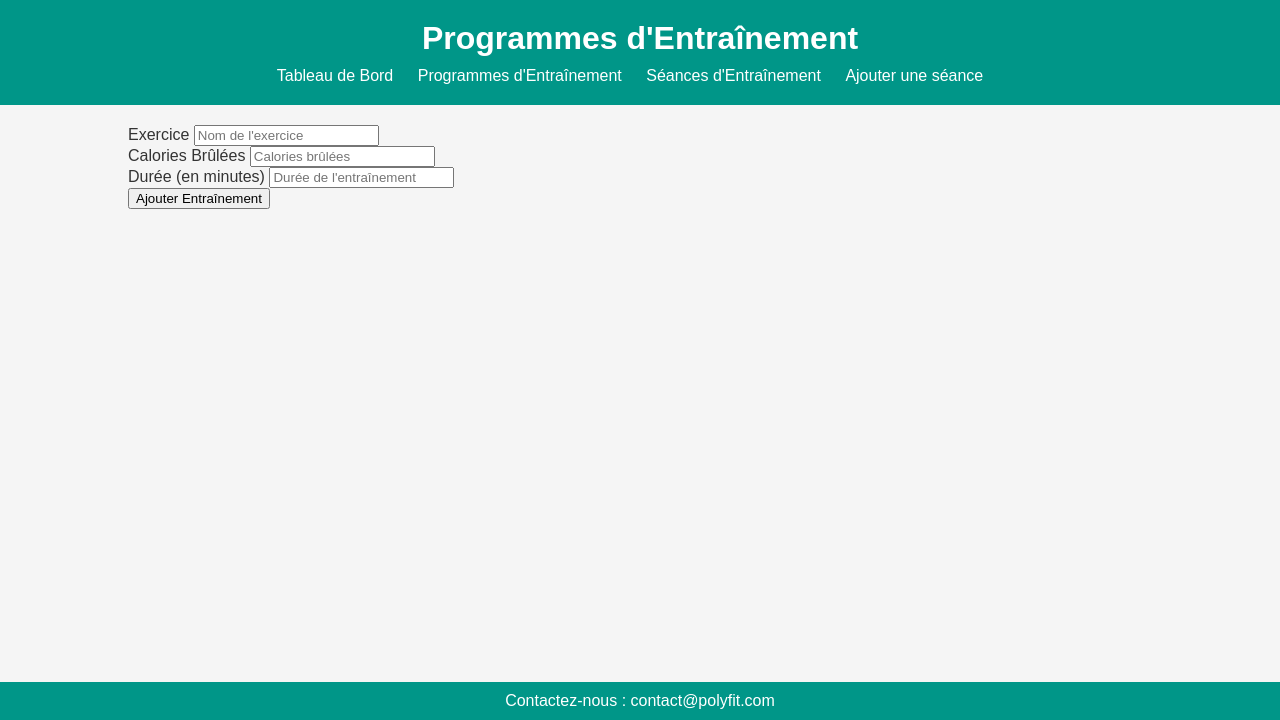
Repository: rimessouabni/polyfit
Page: src/main/resources/static/AddWorkout.html
These files come from the project's save history. The page is drawn as it stood at one moment and after the next save; the edit follows.
The browser window is 1280 px wide. The pictures show the whole page.

Above is the page before, as saved 2024-03-18 15:36:23.

### src/main/resources/static/AddWorkout.html
<!DOCTYPE html>
<html lang="fr">
<head>
    <meta charset="UTF-8">
    <meta name="viewport" content="width=device-width, initial-scale=1.0">
    <title>PolyFit - Ajouter séance</title>
    <link rel="stylesheet" href="styles.css">
</head>
<body>
    <header>
        <h1>Programmes d'Entraînement</h1>
        <nav>
            <ul>
                <li><a href="dashboard.html">Tableau de Bord</a></li>
                <li><a href="programs.html">Programmes d'Entraînement</a></li>
                <li><a href="workouts.html">Séances d'Entraînement</a></li>
                <li><a href="AddWorkout.html">Ajouter une séance</a></li>
            </ul>
        </nav>
    </header>

    <div class="container mx-auto py-8 px-4">
        <form class="max-w-lg mx-auto">
            <div class="mb-4">
                <label class="block text-gray-700 text-sm font-bold mb-2" for="exercise">Exercice</label>
                <input class="shadow appearance-none border rounded w-full py-2 px-3 text-gray-700 leading-tight focus:outline-none focus:shadow-outline" id="exercise" type="text" placeholder="Nom de l'exercice">
            </div>
            <div class="mb-4">
                <label class="block text-gray-700 text-sm font-bold mb-2" for="calories">Calories Brûlées</label>
                <input class="shadow appearance-none border rounded w-full py-2 px-3 text-gray-700 leading-tight focus:outline-none focus:shadow-outline" id="calories" type="number" placeholder="Calories brûlées">
            </div>
            <div class="mb-4">
                <label class="block text-gray-700 text-sm font-bold mb-2" for="duration">Durée (en minutes)</label>
                <input class="shadow appearance-none border rounded w-full py-2 px-3 text-gray-700 leading-tight focus:outline-none focus:shadow-outline" id="duration" type="number" placeholder="Durée de l'entraînement">
            </div>
            <div class="flex items-center justify-between">
                <button class="bg-blue-500 hover:bg-blue-700 text-white font-bold py-2 px-4 rounded focus:outline-none focus:shadow-outline" type="button">
                    Ajouter Entraînement
                </button>
            </div>
        </form>
    </div>

    <footer>
        <p>Contactez-nous : contact@polyfit.com</p>
    </footer>
</body>
</html>

### src/main/resources/static/styles.css
/* Reset des styles par défaut */
body, h1, h2, h3, p, ul, li {
    margin: 0;
    padding: 0;
}

body {
    font-family: Arial, sans-serif;
    background-color: #f5f5f5;
    color: #333;
}

header {
    background-color: #009688;
    color: #fff;
    padding: 20px;
    text-align: center;
}

header h1 {
    margin-bottom: 10px;
}

nav ul {
    list-style-type: none;
}

nav ul li {
    display: inline;
    margin-right: 20px;
}

nav ul li a {
    color: #fff;
    text-decoration: none;
}

.container {
    width: 80%;
    margin: 0 auto;
    padding: 20px;
}

.workout {
    background-color: #fff;
    border-radius: 5px;
    box-shadow: 0 0 10px rgba(0, 0, 0, 0.1);
    padding: 20px;
    margin-bottom: 20px;
}

.workout h3 {
    color: #009688;
    margin-bottom: 10px;
}

.workout p {
    color: #666;
    margin-bottom: 10px;
}

.workout ul {
    list-style-type: none;
}

.workout ul li {
    margin-bottom: 5px;
}

/* Styles pour les icônes */
.workout ul li img {
    width: 30px; /* Ajustez la taille des icônes ici */
    margin-right: 10px;
    vertical-align: middle;
}

footer {
    background-color: #009688;
    color: #fff;
    text-align: center;
    padding: 10px 0;
    position: fixed;
    width: 100%;
    bottom: 0;
}

After the next save:
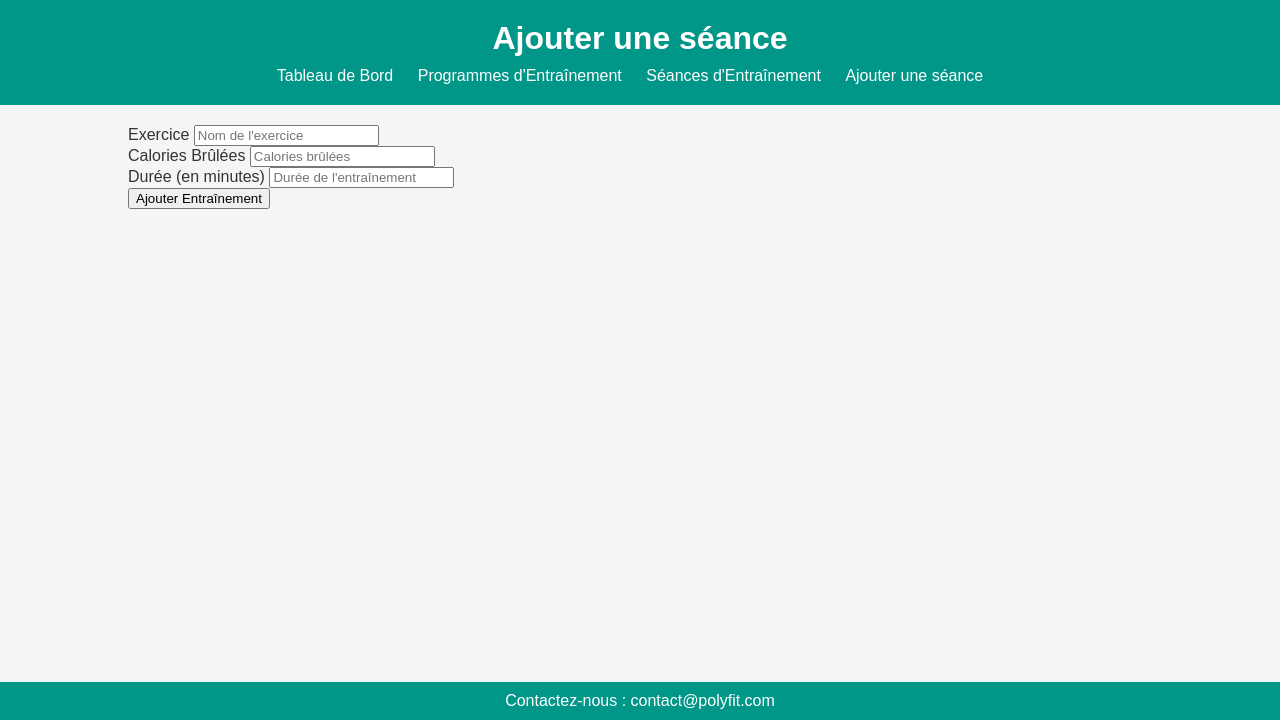
Saved 31 s later.
--- a/src/main/resources/static/AddWorkout.html
+++ b/src/main/resources/static/AddWorkout.html
@@ -8,7 +8,7 @@
 </head>
 <body>
     <header>
-        <h1>Programmes d'Entraînement</h1>
+        <h1>Ajouter une séance</h1>
         <nav>
             <ul>
                 <li><a href="dashboard.html">Tableau de Bord</a></li>
